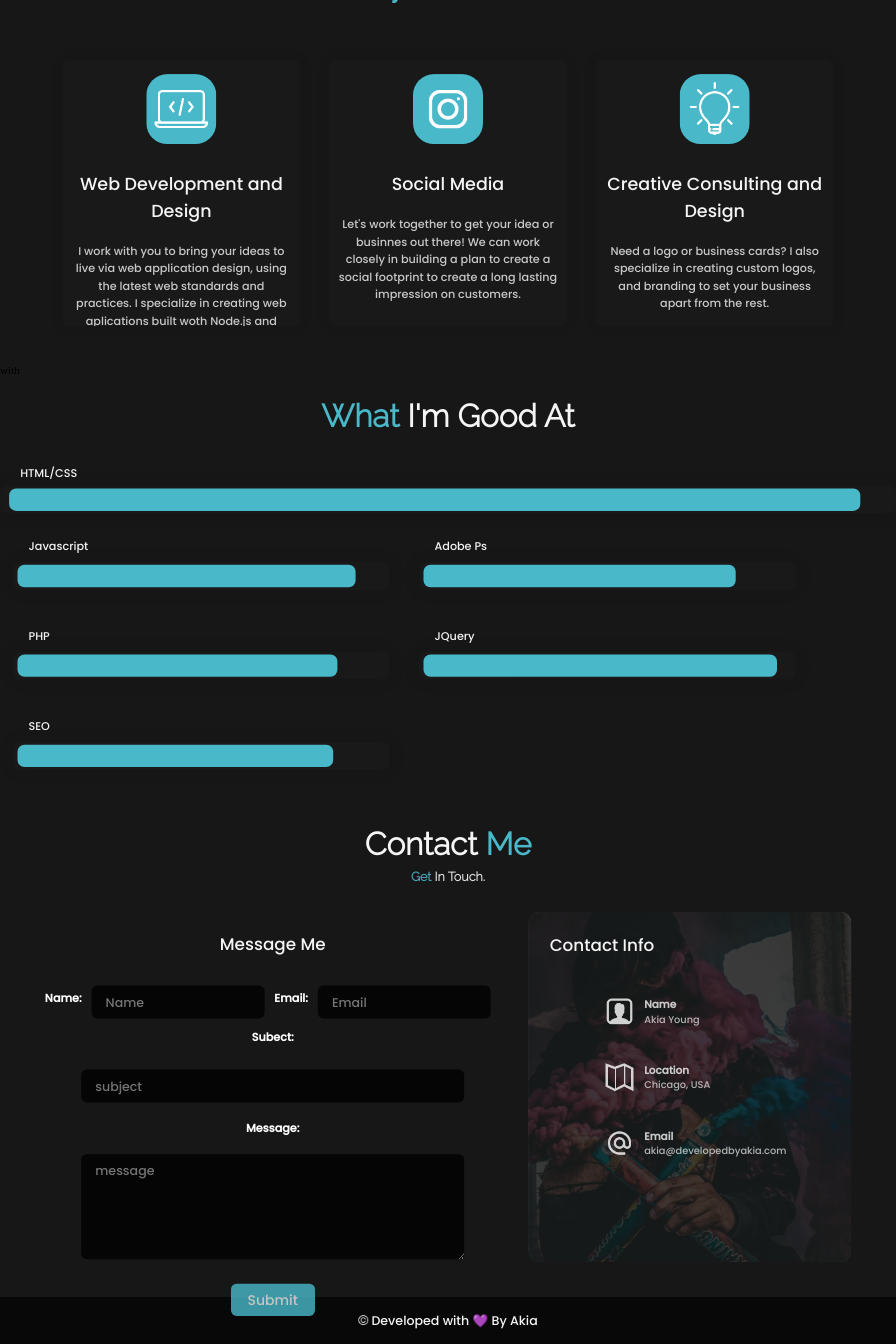
Repository: akiachenise/akiachenise.github.io
Page: index.html
An editor plug-in stored every save of this project. The page is shown before and after the next save, followed by the edit.
The browser window is 1280 px wide. The pictures show the part of the page from y = 797 to 2717 px (the page is 2717 px tall before and 2699 px after), at 70% of full size.
Some web libraries are served in a nearby version.

Above is the page before, as saved 2023-06-06 13:54:02.

After the next save:
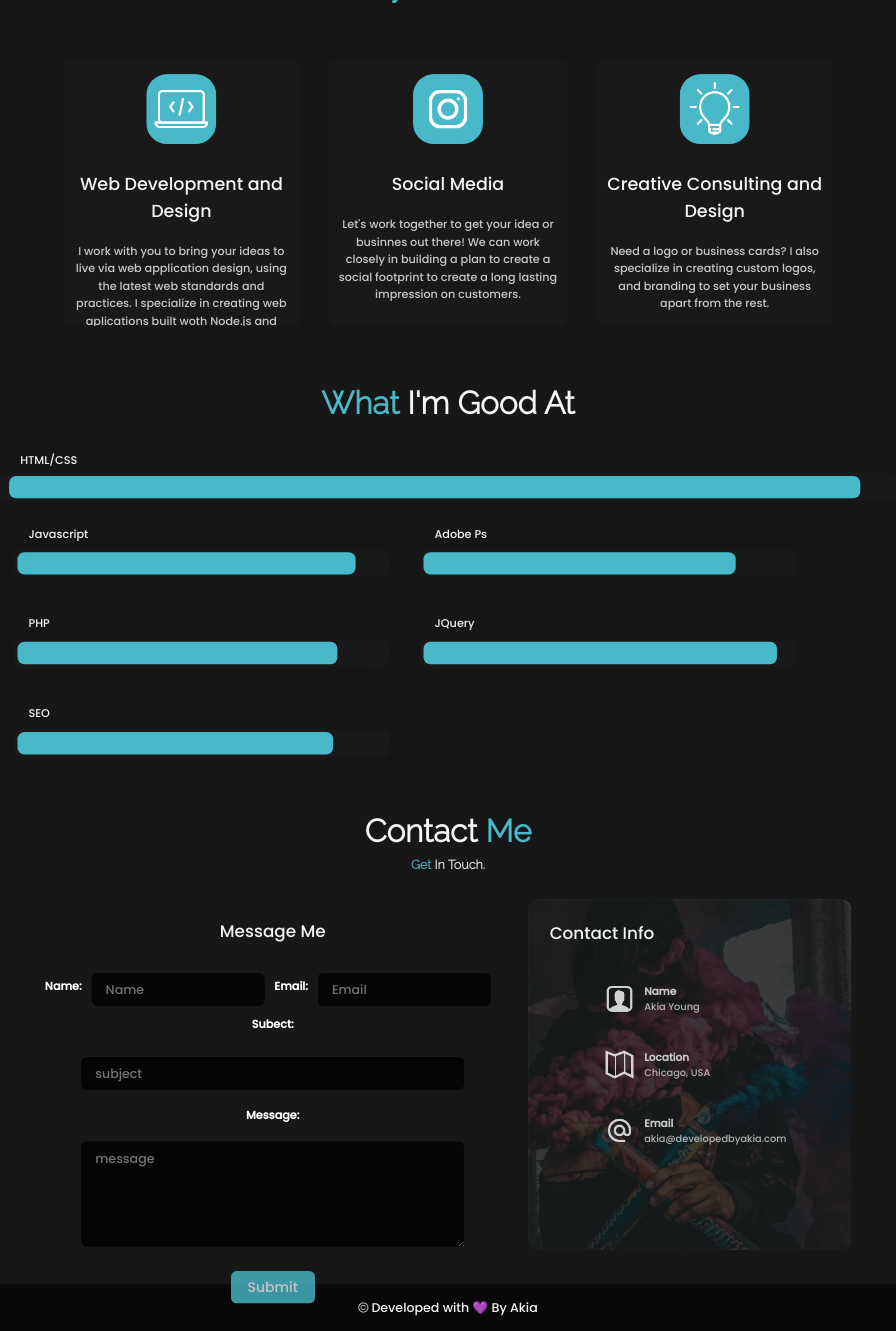
Saved 101 s later.
--- a/index.html
+++ b/index.html
@@ -170,7 +170,7 @@
             <!--services content end-->
             <!--services end-->
             <div id="skills">
-        with <div class="skills-header">
+         <div class="skills-header">
                     <span class="color"> What  </span> I'm Good At
                 </div>
                 <div class="skills-content>
@@ -294,7 +294,7 @@
                     <!--copyright-section -->
             <div class="footer">
                 <div class="footer-text">
-                    <img src="./images/copyright.png" alt="copyright-img" class="images" height="14px"> Developed with &#128156; By Akia
+                    <img src="./images/copyright.png" alt="copyright-img" class="images" height="14px"> Developed with &#x1F90E;  By Akia
                </div>
        <!--copyright-section-->
              </div>
